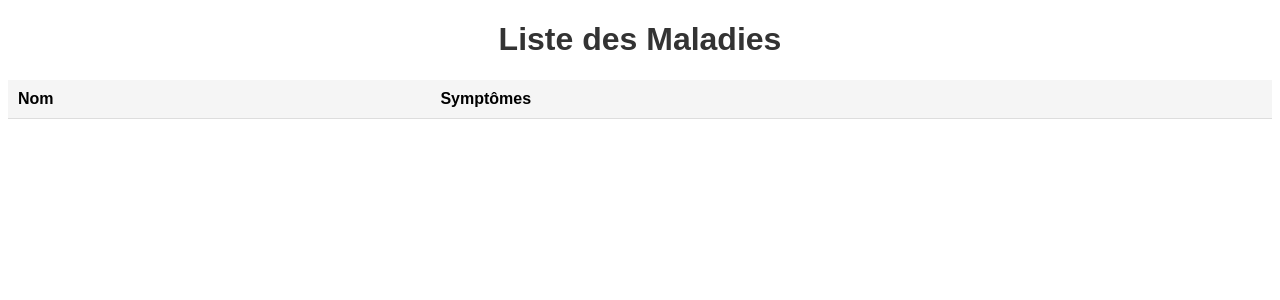
Repository: Sidel-malek/e-sbitar
Page: http://localhost/singup/maladies
The author's editor kept a copy of each file at every save. The page is drawn from the files as they stood at one save, then again after the next save.
The browser window is 1280 px wide. The pictures show the whole page.
The page is served by Tomcat 9. Queries for data that is not in the repository find no rows.

Above is the page before, as saved 2023-06-03 02:49:01.

After the next save:
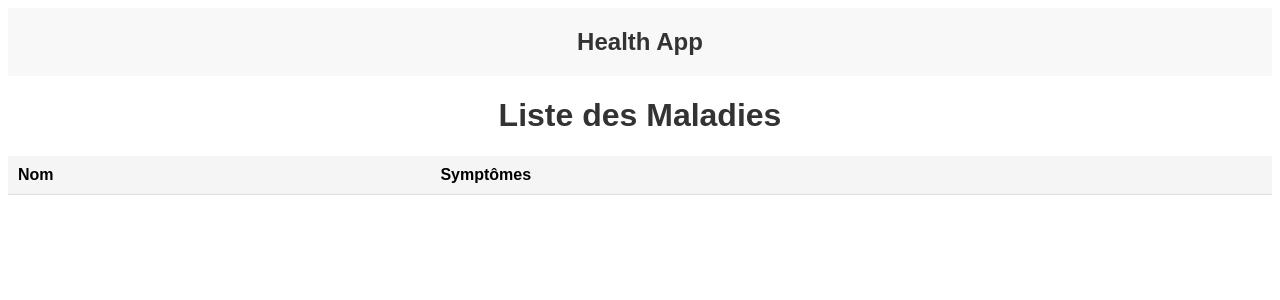
Saved 36 s later.
--- a/authentification/singup/src/main/webapp/Santé.jsp
+++ b/authentification/singup/src/main/webapp/Santé.jsp
@@ -31,6 +31,7 @@
     </style>
 </head>
 <body>
+    <jsp:include page="navbar.jsp" />
     <h1>Liste des Maladies</h1>
     <table>
         <tr>
